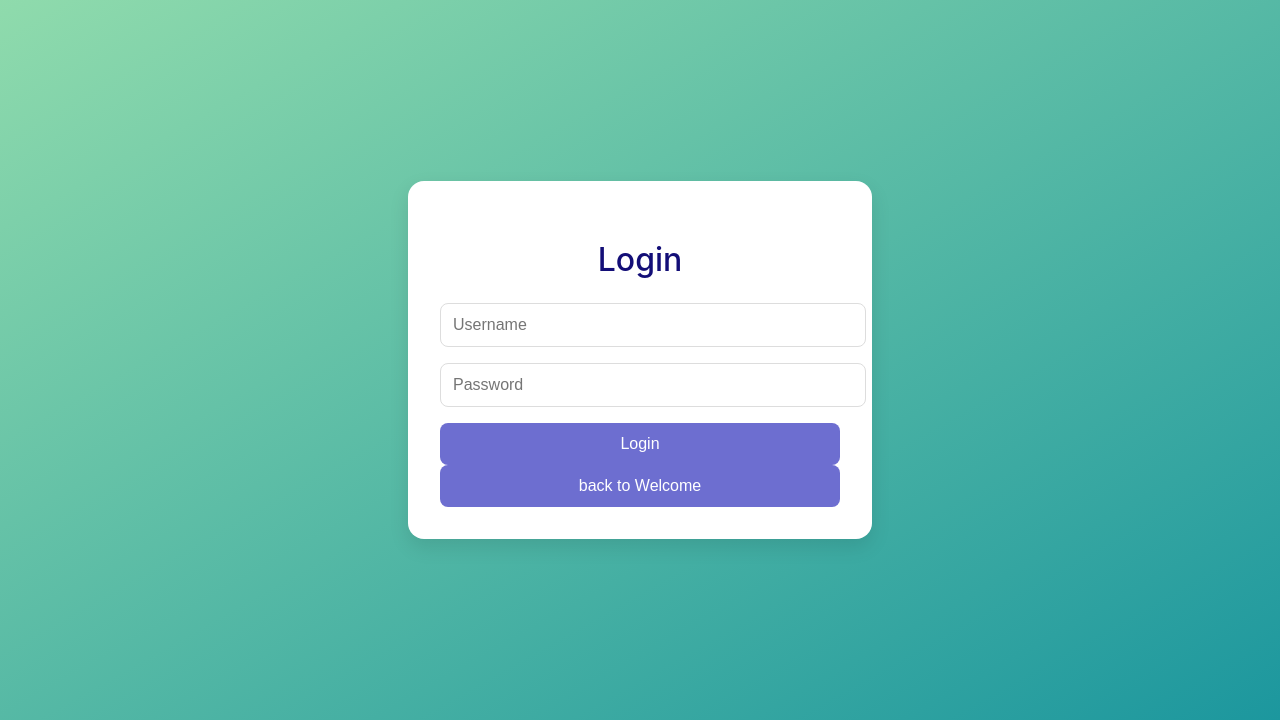
Repository: RachelB9913/smart-task-and-habit-tracker
Page: /login
An editor plug-in stored every save of this project. The page is shown before and after the next save, followed by the edit.
The browser window is 1280 px wide. The pictures show the whole page.
The project was rebuilt for these pictures with package versions that can differ from the ones it lists, and the page was loaded fresh each time. Also part of the build but not shown: src/components/welcome.js, src/components/Register.js, src/components/DashBoard.js.

Above is the page before, as saved 2025-06-18 18:37:59.

After the next save:
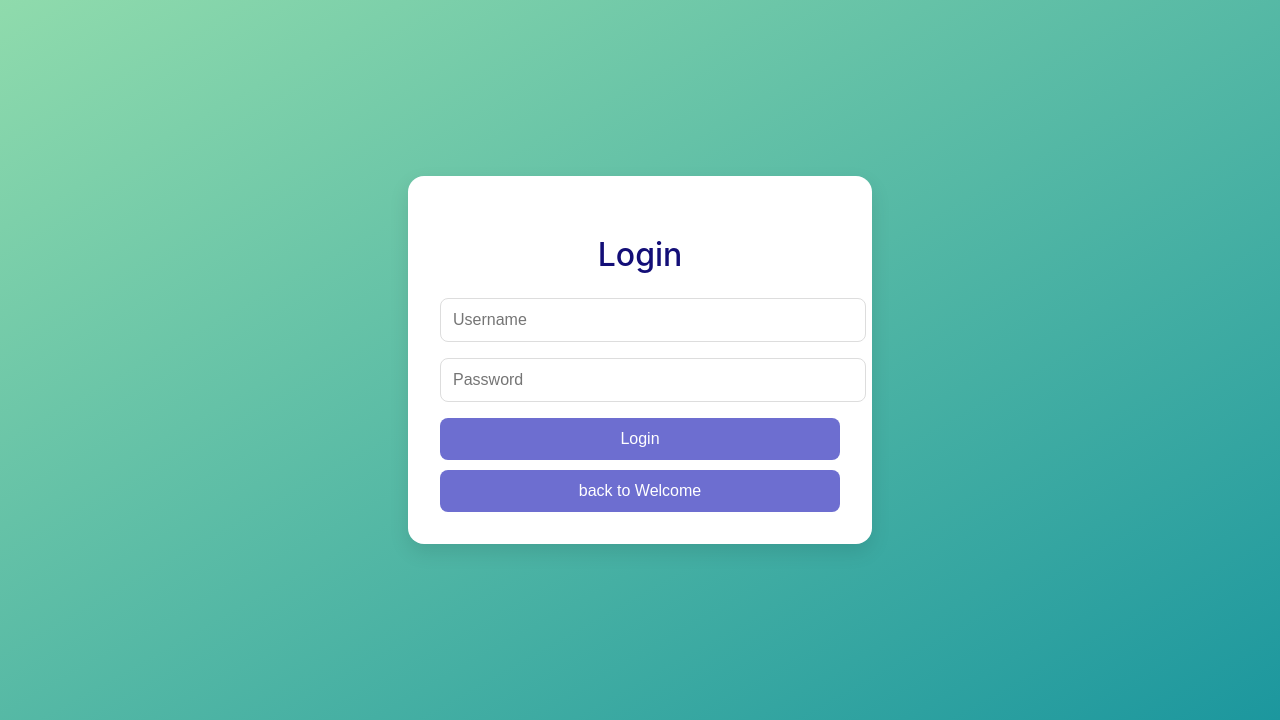
Saved 64 s later.
--- a/src/components/Login.js
+++ b/src/components/Login.js
@@ -54,12 +54,14 @@ export default function Login() {
                     <h2>Login</h2>
                     <input name="username" placeholder='Username' onChange={handleChange} required />
                     <input type="password" name="password" placeholder='Password' onChange={handleChange} required />
-                    <button type="submit">Login</button>
-                    <button
-                        onClick={() => navigate('/')}
-                        className="w-full py-3 px-6 bg-indigo-600 text-white rounded-xl shadow hover:bg-indigo-700 transition duration-200" >
-                        back to Welcome
-                    </button>
+                    <div className="button-group">
+                        <button type="submit">Login</button>
+                        <button
+                            onClick={() => navigate('/')}
+                            className="w-full py-3 px-6 bg-indigo-600 text-white rounded-xl shadow hover:bg-indigo-700 transition duration-200" >
+                            back to Welcome
+                        </button>
+                    </div>
                 </form>
             </div>
         </PageWrapper>
